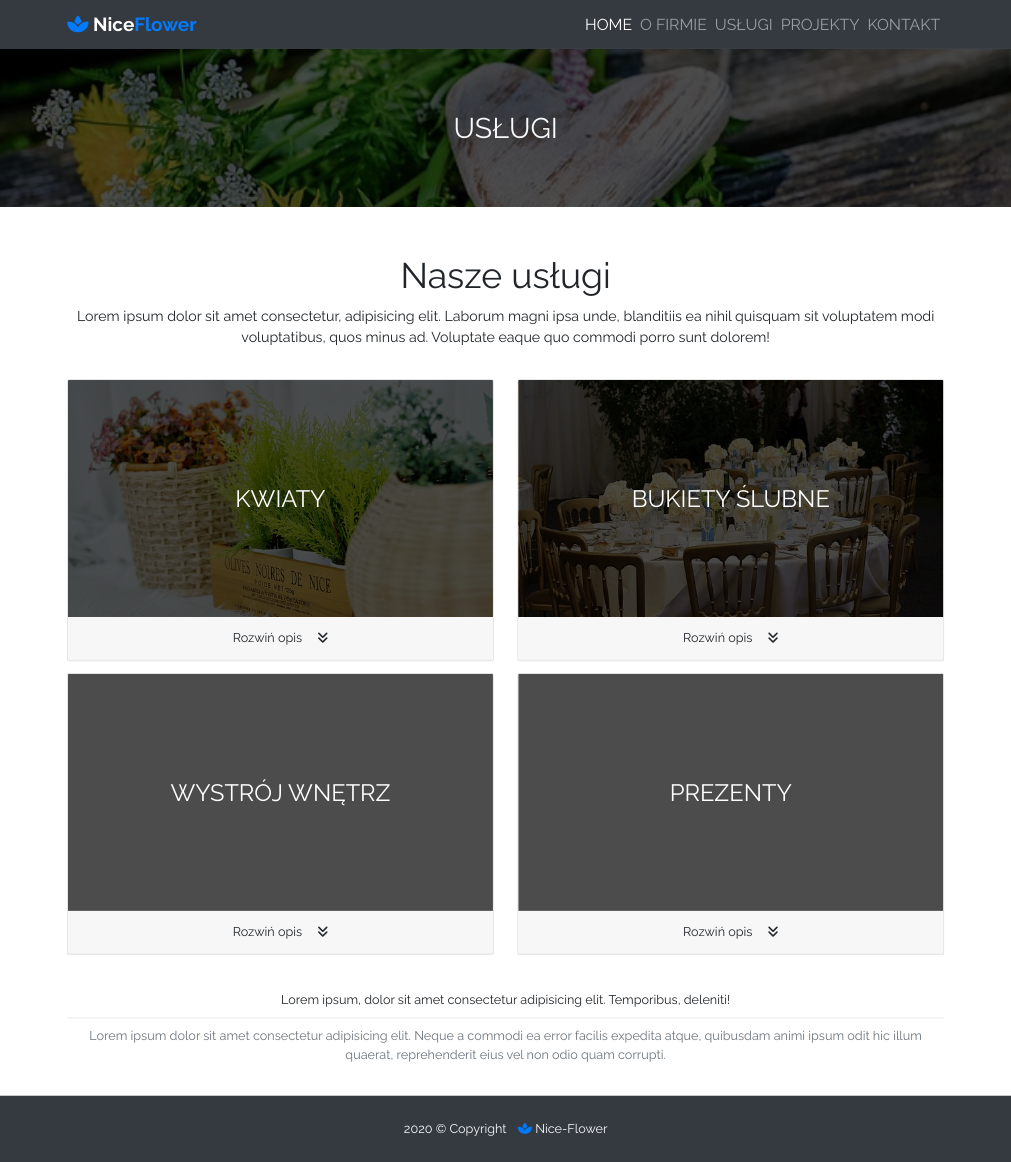
Repository: KrzysKolo/Projekt-13_Kwiaciarnia
Page: services.html
The author's editor kept a copy of each file at every save. The page is drawn from the files as they stood at one save, then again after the next save.
The browser window is 1280 px wide. The pictures show the whole page, at 79% of full size.
Some web libraries are served in a nearby version.

Above is the page before, as saved 2020-08-11 11:12:51.

After the next save:
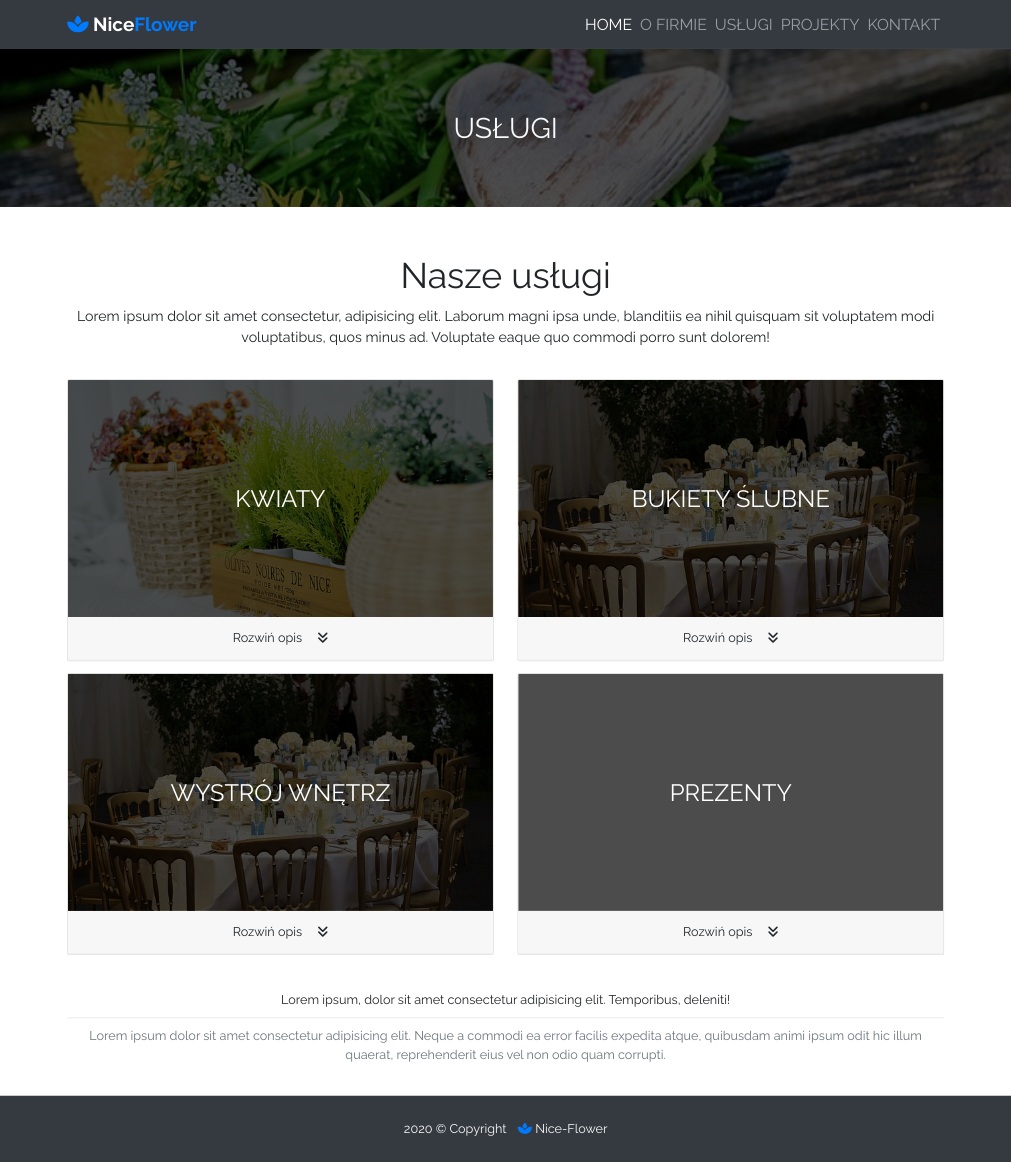
Saved 22 s later.
--- a/style.css
+++ b/style.css
@@ -170,8 +170,8 @@ header {
 .service-pricing .box-two {
   background-image: url("./img/wm.jpg");
 }
-.service-pricing .box-one {
-  background-image: url("./img/rdm.jpg");
+.service-pricing .box-three {
+  background-image: url("./img/wm.jpg");
 }
 .service-pricing .box-one {
   background-image: url("./img/rdm.jpg");
